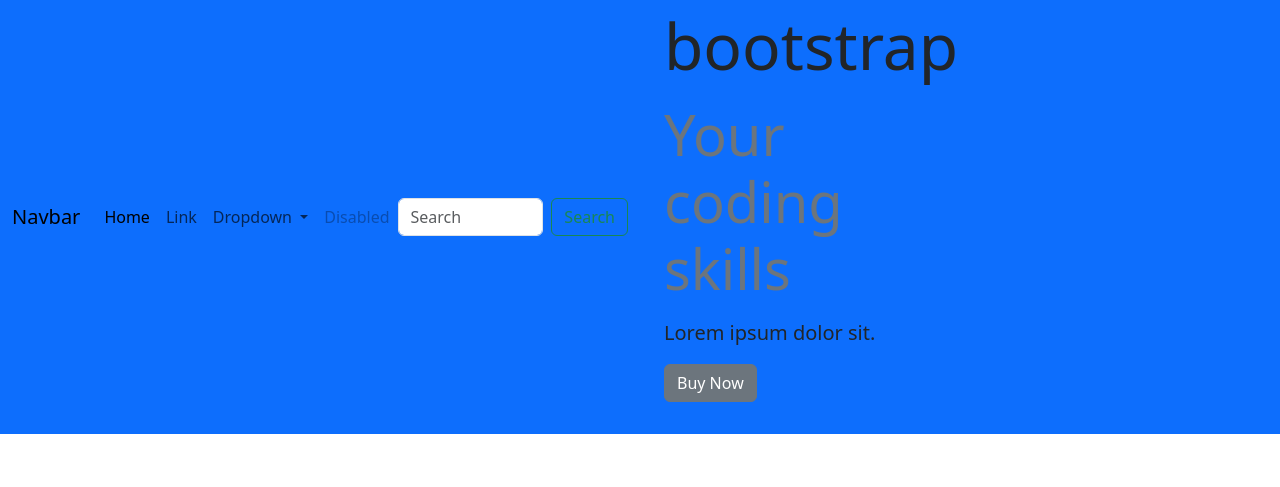
Repository: Riyakashiwala/practical
Page: riya 6th sem/book website.html
The author's editor kept a copy of each file at every save. The page is drawn from the files as they stood at one save, then again after the next save.
The browser window is 1280 px wide. The pictures show the whole page.

Above is the page before, as saved 2024-12-11 06:41:21.

After the next save:
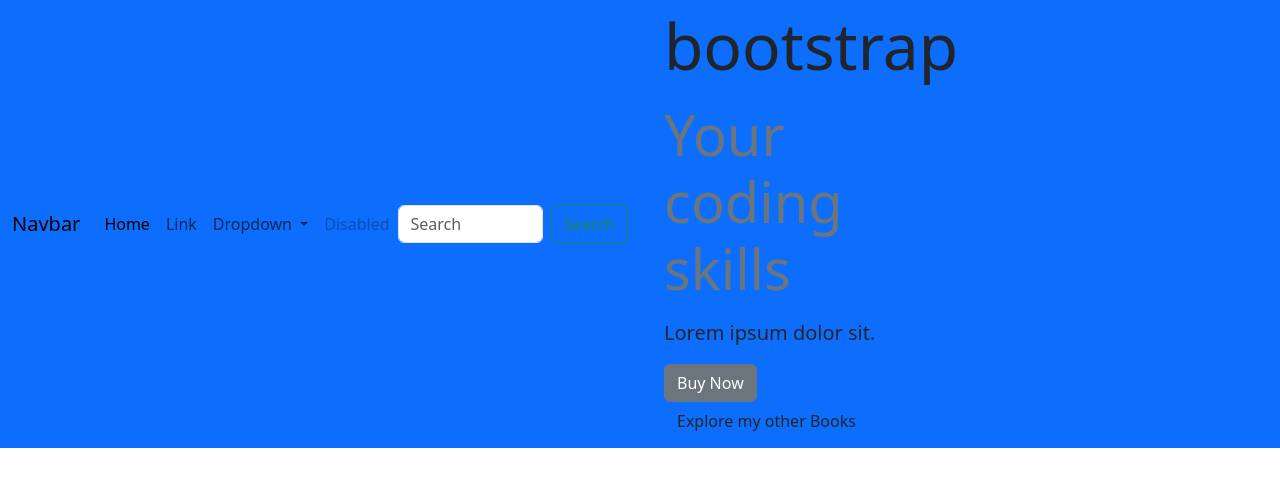
Saved 15 s later.
--- a/riya 6th sem/book website.html
+++ b/riya 6th sem/book website.html
@@ -58,7 +58,7 @@
                         <p class="lead">Lorem ipsum dolor sit.</p>
                         <button class="btn btn-secondary">Buy Now</button>
                         <br>
-                        <button class="btn btn-ouline-secondary"></button>
+                        <button class="btn btn-ouline-secondary">Explore my other Books</button>
                     </div>
                 </div>
             </section>
